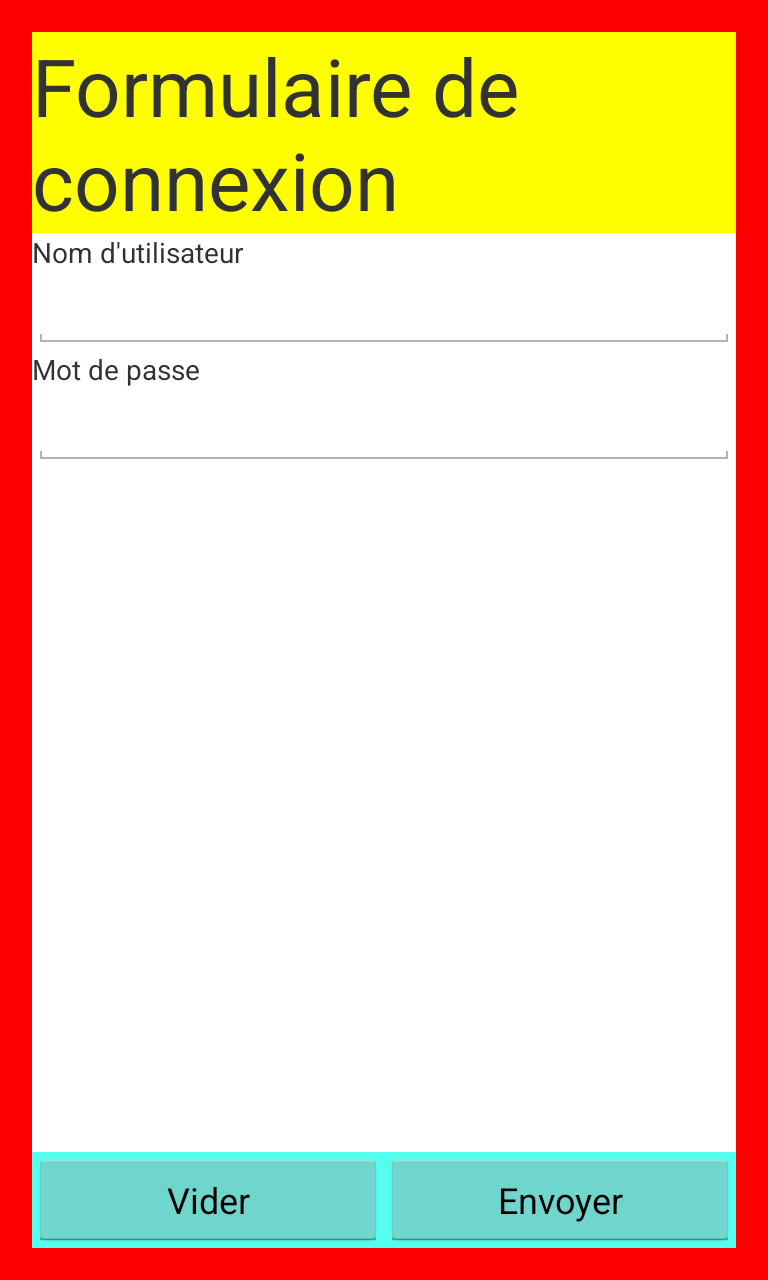
Repository: ablanchard/formation-android
Layout: ParlezVousAndroid/res/layout/fragment_main.xml
An editor plug-in stored every save of this project. The layout is shown before and after the next save, followed by the edit.
It is drawn on a 768 x 1280 px phone screen (xhdpi) without system bars, with theme AppTheme; the app's code is not run.

Above is the layout before, as saved 2014-04-29 09:27:28.

After the next save:
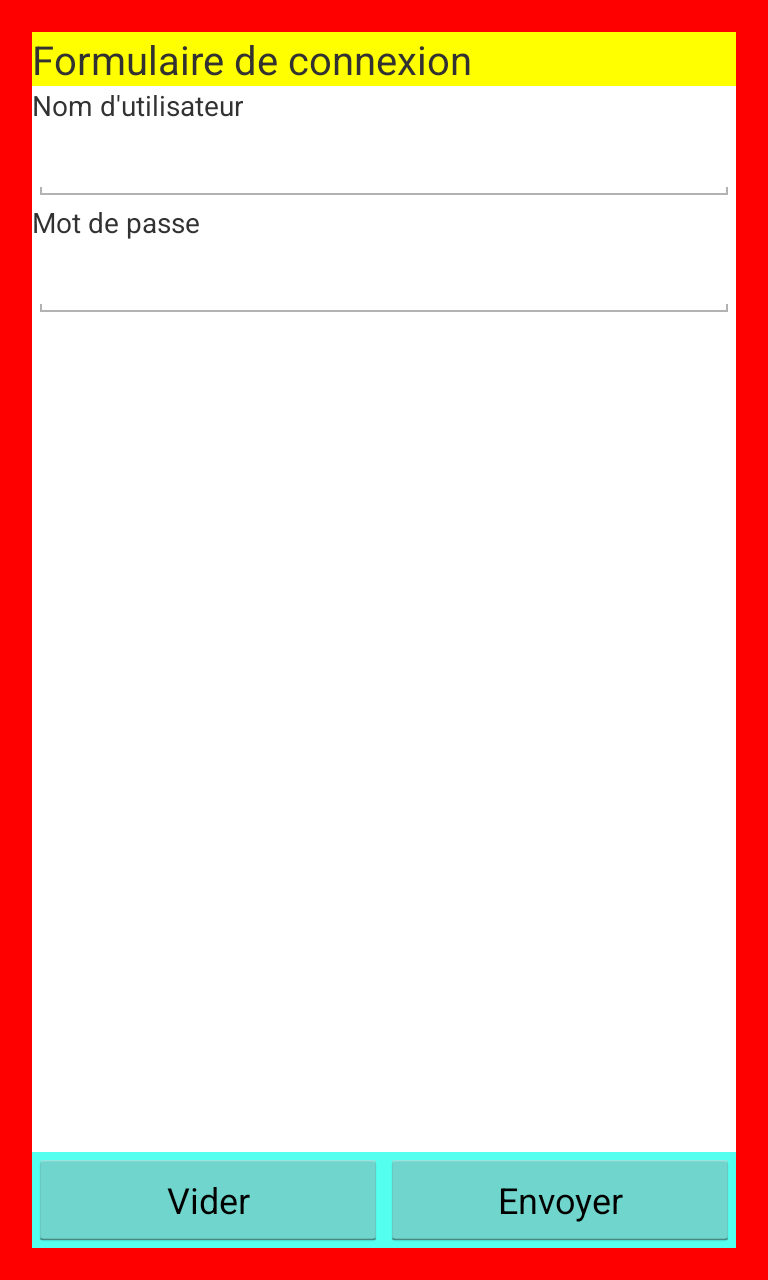
Saved 5 s later.
--- a/ParlezVousAndroid/res/layout/fragment_main.xml
+++ b/ParlezVousAndroid/res/layout/fragment_main.xml
@@ -17,7 +17,7 @@
             android:layout_alignParentTop="true"
             android:layout_width="match_parent"
             android:layout_height="wrap_content"
-            android:textSize="40sp"
+            android:textSize="20sp"
             android:text="@string/form" />
 
 
